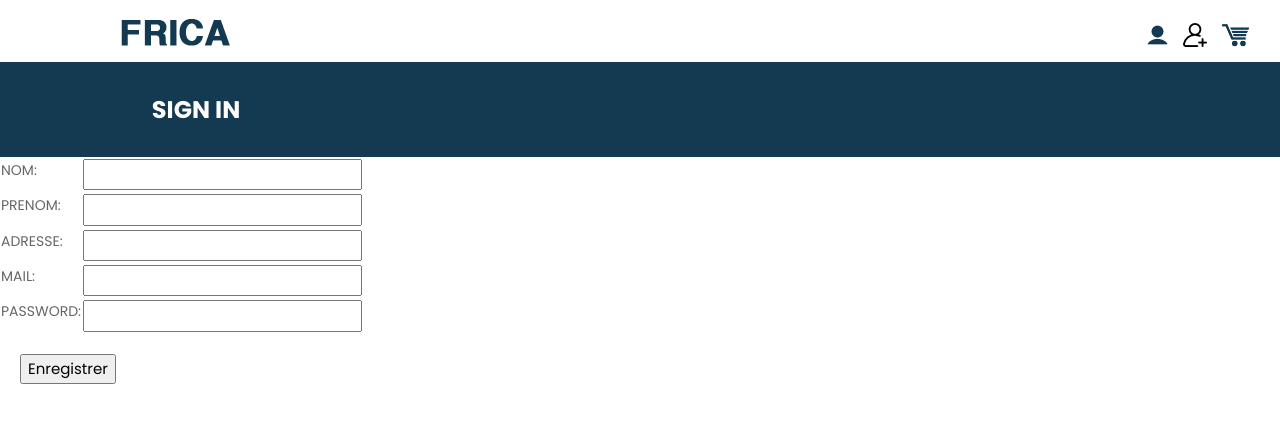
Repository: ahthionkevin/first-ecommerce-website
Page: http://localhost/path/signInView.php
An editor plug-in stored every save of this project. The page is shown before and after the next save, followed by the edit.
The browser window is 1280 px wide. The pictures show the whole page.
Some web fonts or font styles are not loaded; a fallback is used. Some web libraries are served in a nearby version. The page is run by PHP 8.4 with error messages shown; the project is at /var/www/html/.

Above is the page before, as saved 2021-06-22 23:38:34.

After the next save:
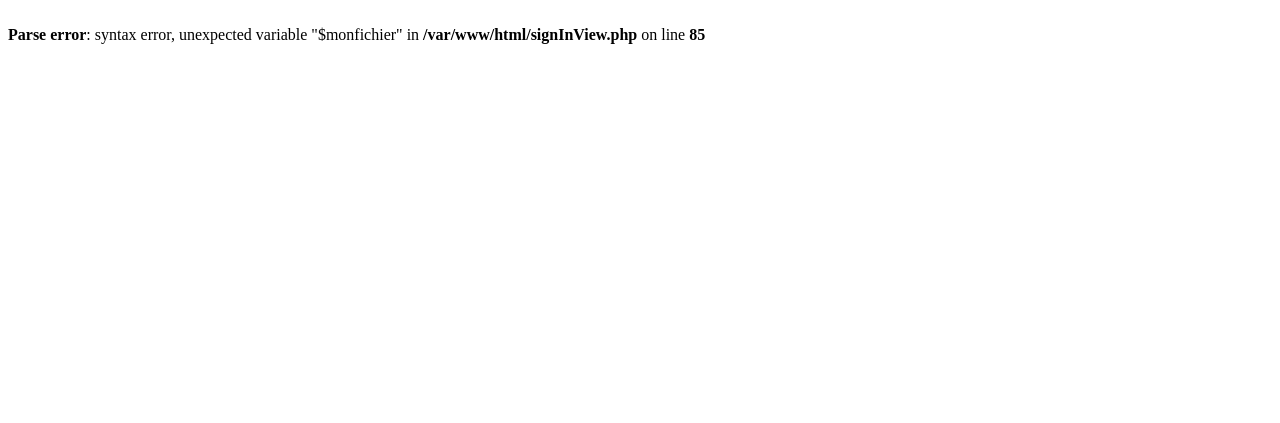
Saved 37 s later.
--- a/Cote_Client/signInView.php
+++ b/Cote_Client/signInView.php
@@ -80,7 +80,8 @@
         if($result)
         {
             $sql1="SELECT * FROM client ORDER BY id_client DESC";
-
+            $result1=mysqli_query($idcom,$sql1);
+            $coord1=mysqli_fetch_row()
             $monfichier = fopen('../tp1_2/passwd.txt', 'a+');
             fputs($monfichier, ':');
 

After the save that followed:
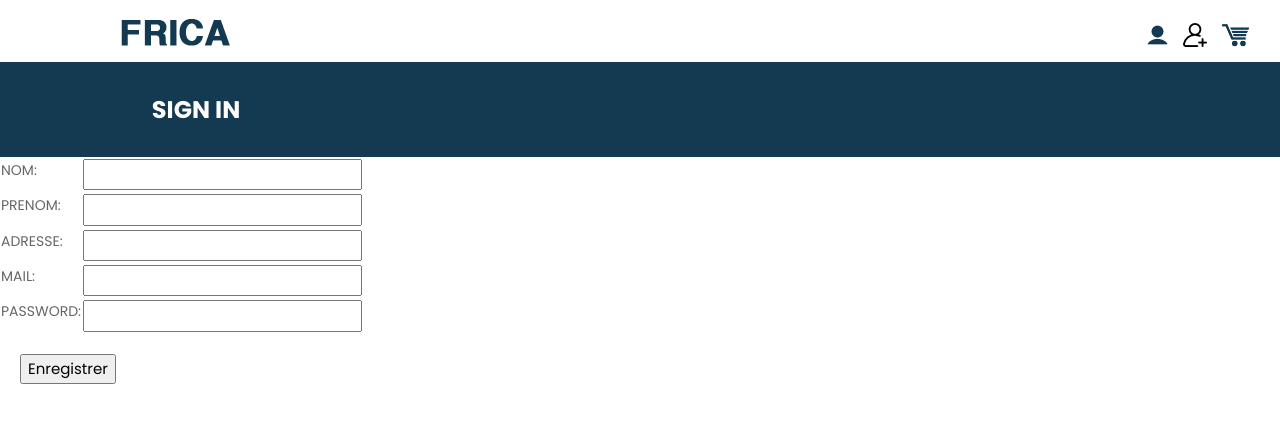
Saved 13 s later.
--- a/Cote_Client/signInView.php
+++ b/Cote_Client/signInView.php
@@ -81,7 +81,7 @@
         {
             $sql1="SELECT * FROM client ORDER BY id_client DESC";
             $result1=mysqli_query($idcom,$sql1);
-            $coord1=mysqli_fetch_row()
+            $coord1=mysqli_fetch_row($result1);
             $monfichier = fopen('../tp1_2/passwd.txt', 'a+');
             fputs($monfichier, ':');
 
